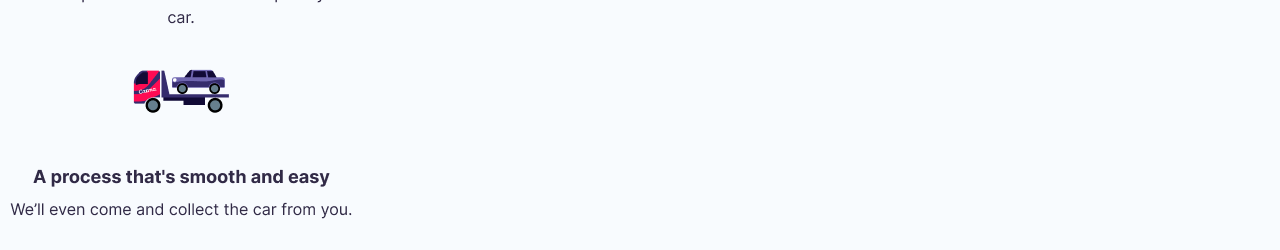
Repository: KHANas02/project
Page: index.html
An editor plug-in stored every save of this project. The page is shown before and after the next save, followed by the edit.
The browser window is 1280 px wide. The pictures show the part of the page from y = 898 to 1850 px (the page is 1148 px tall before and 2048 px after).

Above is the page before, as saved 2024-03-31 21:42:49.

After the next save:
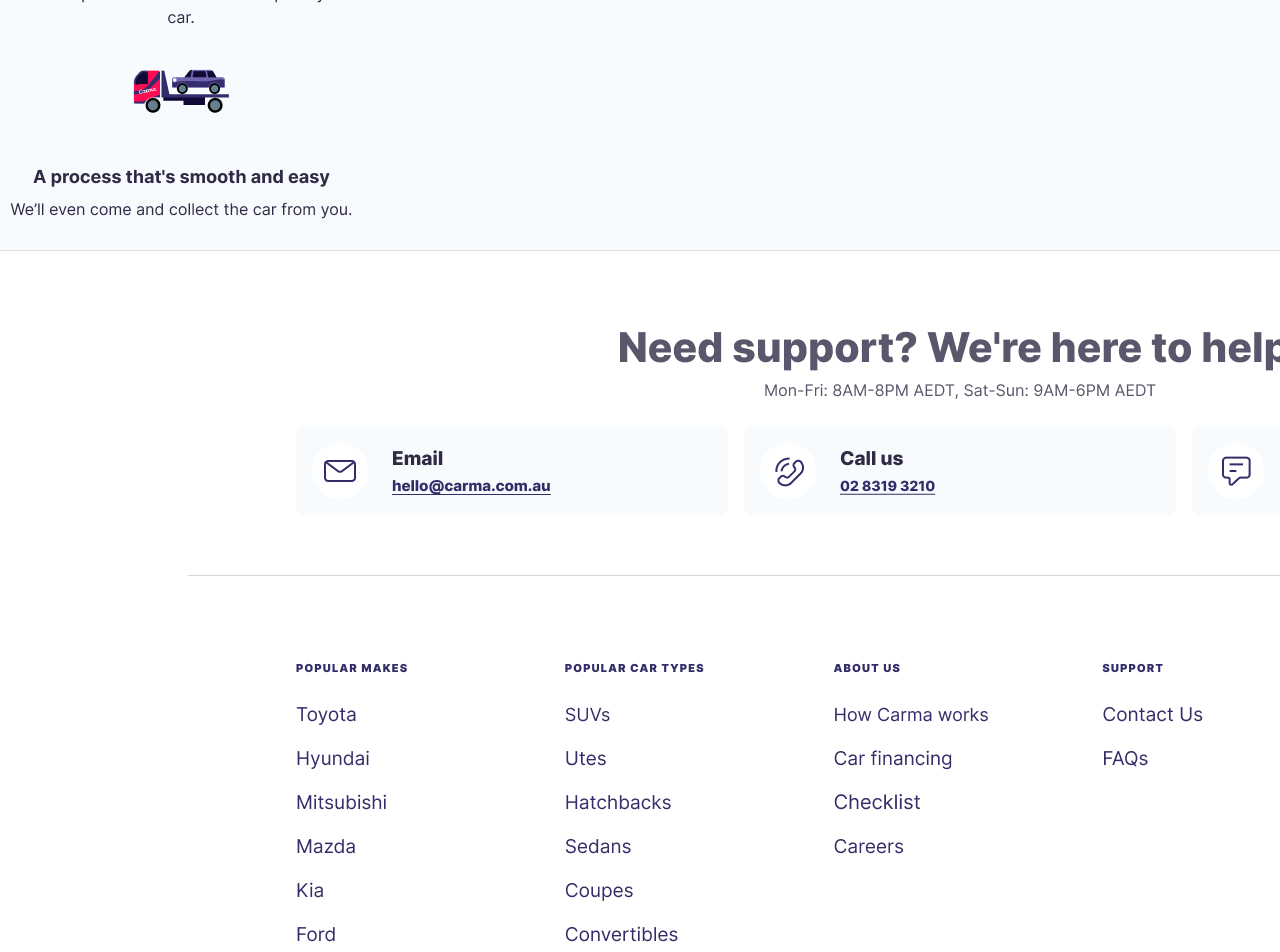
Saved 4 s later.
--- a/style.css
+++ b/style.css
@@ -37,7 +37,7 @@
   background-color: #f8fbfe;
   margin: 0 auto;
 }
-.footer1 {
+.footer {
   background-image: url(Footer.png);
   width: 100%;
   height: 900px;
